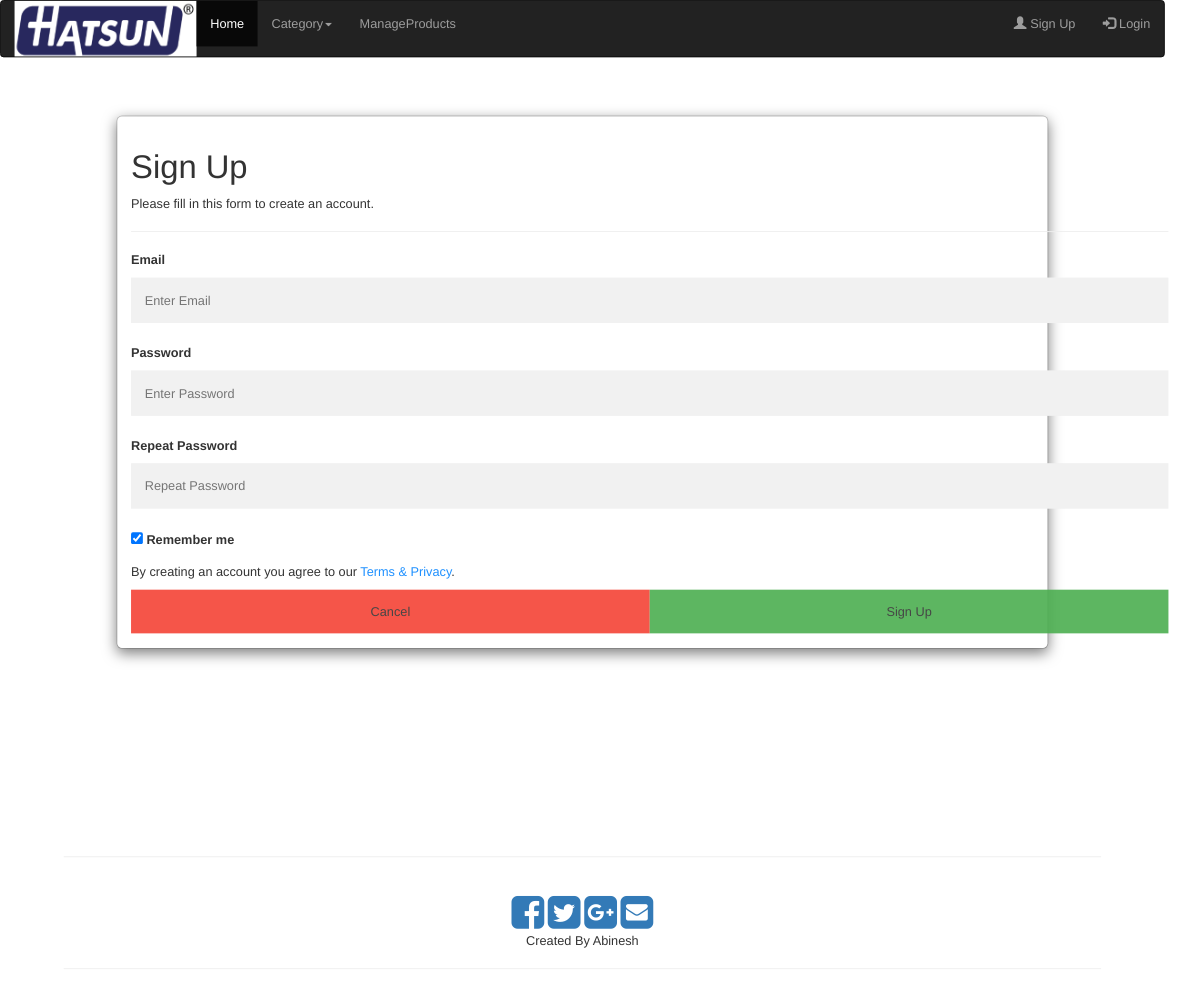
Repository: Abinesh-T/FinallDtProject
Page: http://localhost/FrontEnd/signup
An editor plug-in stored every save of this project. The page is shown before and after the next save, followed by the edit.
The browser window is 1280 px wide. The page is 1299 px wide, then 1280 px, so the pictures cover 1299 px, including what lies to the right of the window. The pictures show the whole page, at 91% of full size.
Some web libraries are served in a nearby version. The page is served by Tomcat 9.

Above is the page before, as saved 2018-02-12 14:20:37.

After the next save:
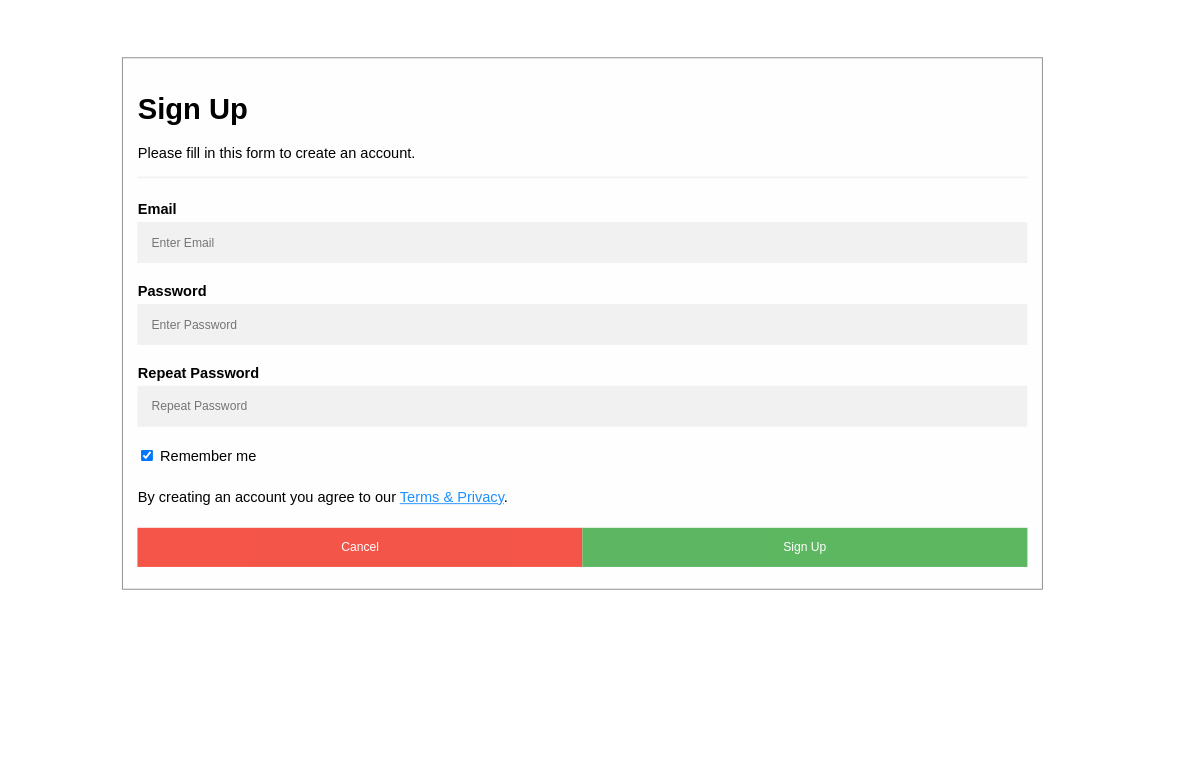
Saved 3 min 44 s later.
--- a/FrontEnd/src/main/webapp/WEB-INF/views/signup.jsp
+++ b/FrontEnd/src/main/webapp/WEB-INF/views/signup.jsp
@@ -111,7 +111,7 @@
 }
 </style>
 <body>
-<jsp:include page="header.jsp"></jsp:include>
+
   <form class="modal-content" action="/action_page.php">
     <div class="container">
       <h1>Sign Up</h1>
@@ -138,6 +138,6 @@
       </div>
     </div>
   </form>
-  <jsp:include page="footer.jsp"></jsp:include>
+
 </body>
 </html>
